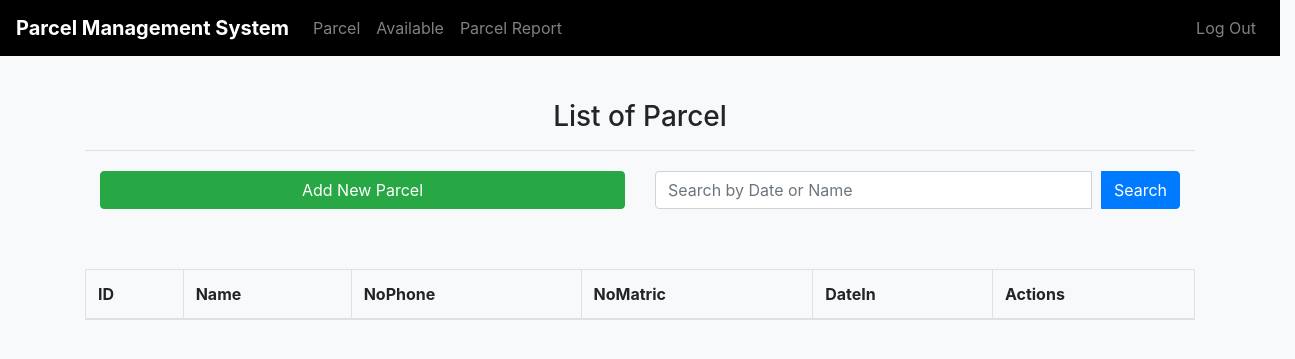
Repository: fikriupm/ParcelManagement_CBSEProject
Page: http://localhost/ParcelManagementSystem/list
An editor plug-in stored every save of this project. The page is shown before and after the next save, followed by the edit.
The browser window is 1280 px wide. The page is 1295 px wide, so the pictures cover 1295 px, including what lies to the right of the window. The pictures show the whole page.
The page is served by Tomcat 9. Queries for data that is not in the repository find no rows.

Above is the page before, as saved 2023-06-21 07:59:34.

After the next save:
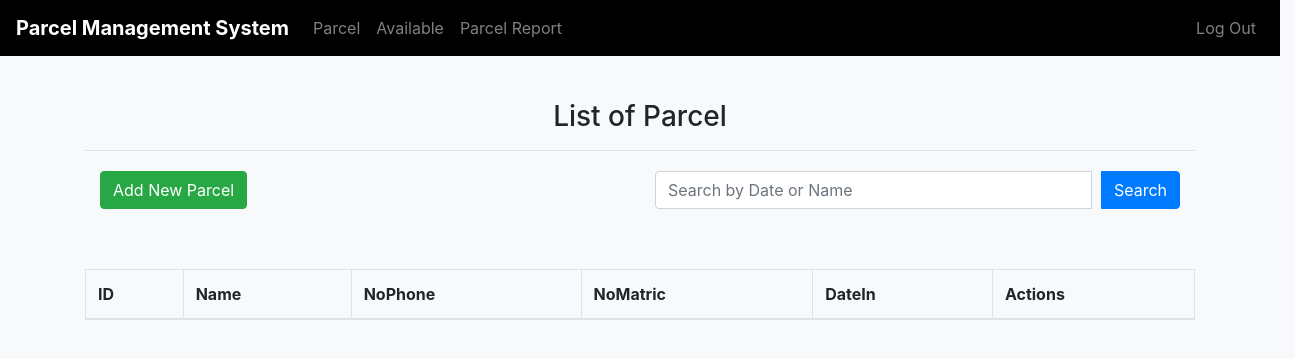
Saved 114 s later.
--- a/ParcelManagementSystem/src/main/webapp/user-list.jsp
+++ b/ParcelManagementSystem/src/main/webapp/user-list.jsp
@@ -89,7 +89,7 @@
     <div class="row">
     <div class="col-md-6">
         <div class="text-left">
-            <a href="<%=request.getContextPath()%>/new" class="btn btn-success btn-block btn-add">Add New Parcel</a>
+            <a href="<%=request.getContextPath()%>/new" class="btn btn-success">Add New Parcel</a>
         </div>
     </div>
     <div class="col-md-6">
